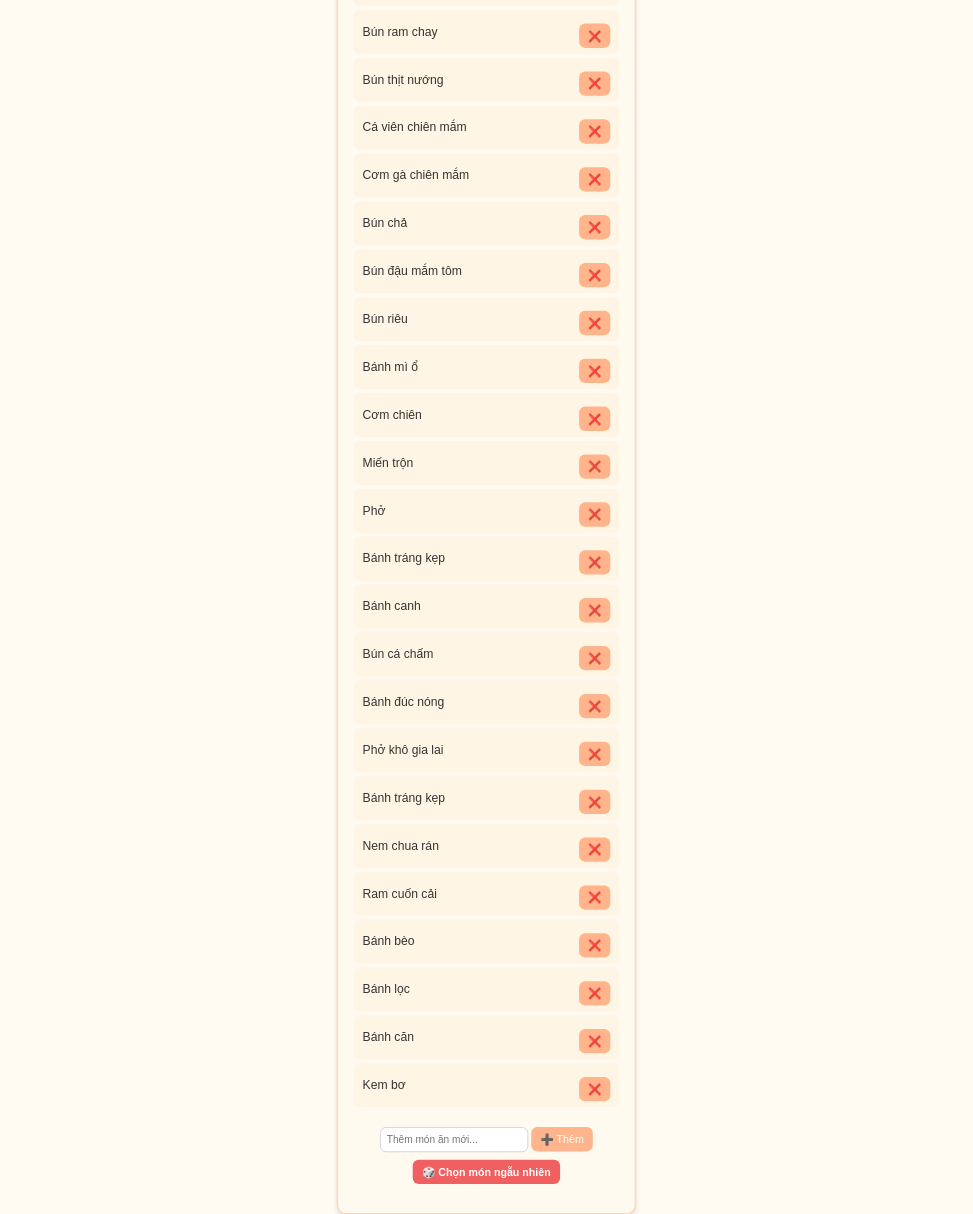
Repository: NT912/What-s-food-today-
Page: index.html
These files come from the project's save history. The page is drawn as it stood at one moment and after the next save; the edit follows.
The browser window is 1280 px wide. The pictures show the whole page, at 76% of full size.

Above is the page before, as saved 2024-12-17 20:39:53.

After the next save:
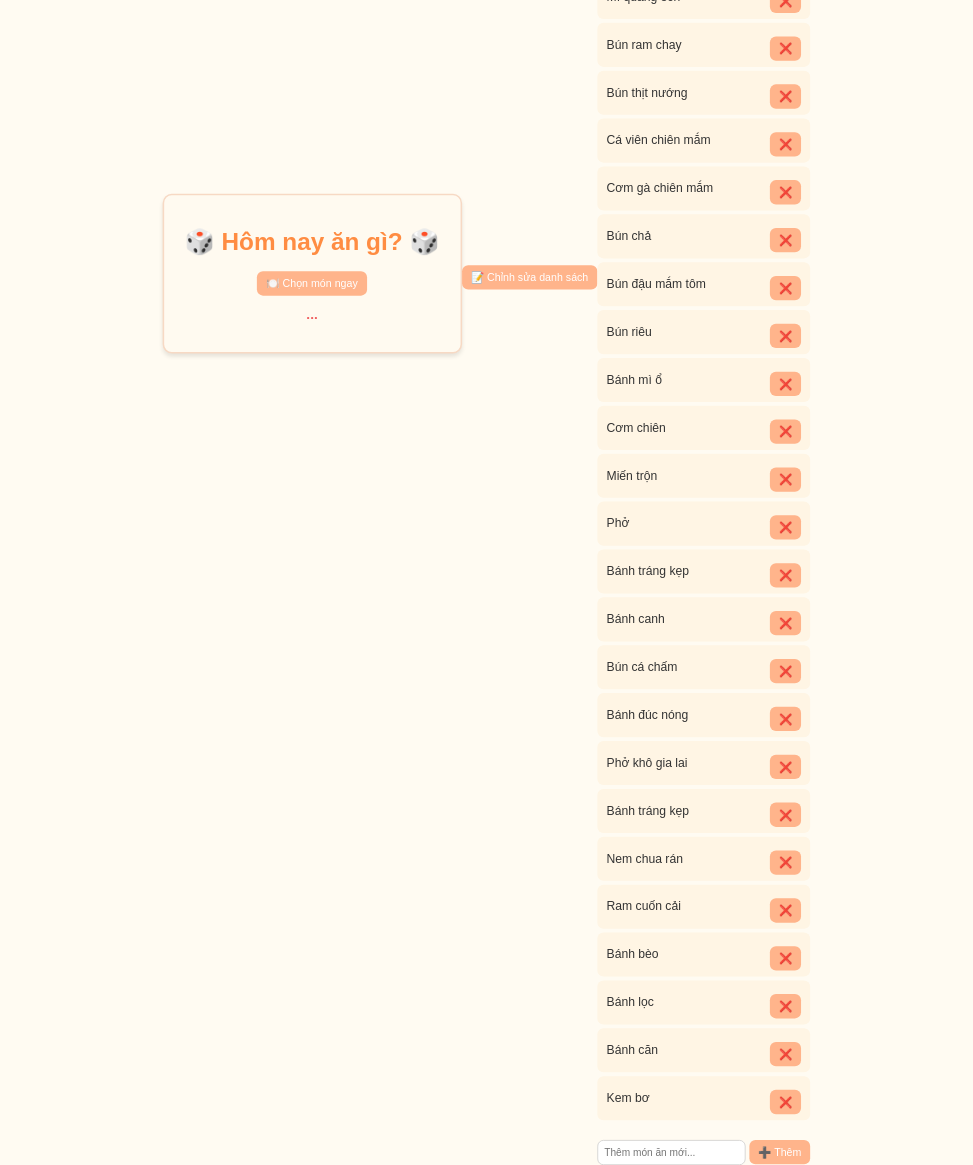
Saved 2 min 47 s later.
--- a/index.html
+++ b/index.html
@@ -4,22 +4,32 @@
 <head>
   <meta charset="UTF-8">
   <meta name="viewport" content="width=device-width, initial-scale=1.0">
-  <title>Danh sách món ăn</title>
+  <title>Random Món Ăn</title>
   <link rel="stylesheet" href="style.css">
 </head>
 
 <body>
+  <!-- Random Section -->
   <div class="container">
-    <h1>📋 Danh sách món ăn 🍜</h1>
-    <ul id="foodList"></ul>
+    <h1>🎲 Hôm nay ăn gì? 🎲</h1>
+    <button id="randomBtn" onclick="startRandom()">🍽️ Chọn món ngay</button>
+    <p id="randomFood">...</p>
+  </div>
 
-    <div class="controls">
-      <input type="text" id="foodInput" placeholder="Thêm món ăn mới...">
-      <button onclick="addFood()">➕ Thêm</button>
+  <!-- Edit Button -->
+  <button class="edit-btn" onclick="openPopup()">📝 Chỉnh sửa danh sách</button>
+
+  <!-- Popup Modal -->
+  <div id="popup" class="popup">
+    <div class="popup-content">
+      <span class="close-btn" onclick="closePopup()">❌</span>
+      <h2>📋 Danh sách món ăn</h2>
+      <ul id="foodList"></ul>
+      <div class="controls">
+        <input type="text" id="foodInput" placeholder="Thêm món ăn mới...">
+        <button onclick="addFood()">➕ Thêm</button>
+      </div>
     </div>
-
-    <button onclick="pickRandomFood()" class="random-btn">🎲 Chọn món ngẫu nhiên</button>
-    <p id="randomFood"></p>
   </div>
 
   <script src="script.js"></script>
